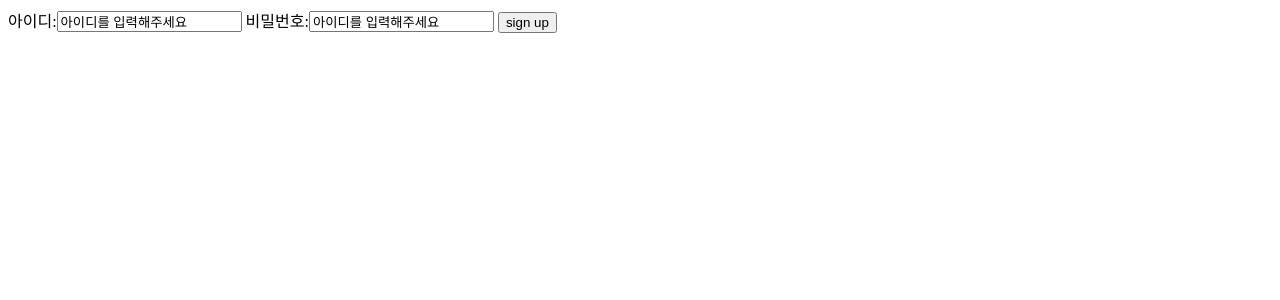
Repository: junyoung4213/JSP
Page: lecture/lec08_exercise/WebContent/WEB-INF/formExercise.html
An editor plug-in stored every save of this project. The page is shown before and after the next save, followed by the edit.
The browser window is 1280 px wide. The pictures show the whole page.

Above is the page before, as saved 2020-04-09 07:44:20.

After the next save:
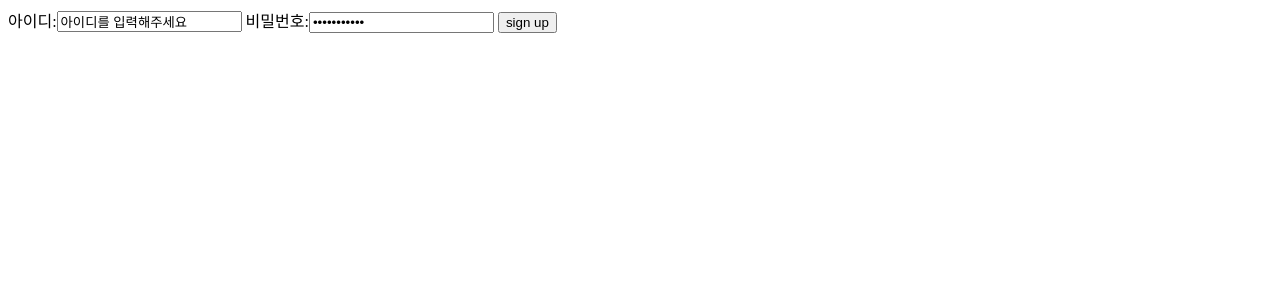
Saved 79 s later.
--- a/lecture/lec08_exercise/WebContent/WEB-INF/formExercise.html
+++ b/lecture/lec08_exercise/WebContent/WEB-INF/formExercise.html
@@ -8,10 +8,8 @@
 	<form action="su" method="post">
 
 	아이디:<input type="text" value="아이디를 입력해주세요" name="id"/>
-	비밀번호:<input type="text" value="아이디를 입력해주세요" name="pw"/>
+	비밀번호:<input type="password" value="아이디를 입력해주세요" name="pw"/>
 	<input type="submit" value="sign up" />
-
-
 
 	</form>
 </body>
